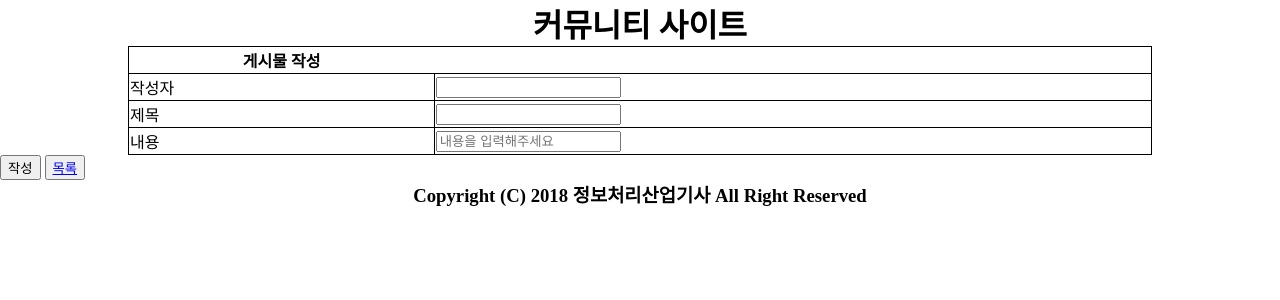
Repository: Tor1a/SpringSet
Page: http://localhost/practice01/WEB-INF/views/post/write.jsp
An editor plug-in stored every save of this project. The page is shown before and after the next save, followed by the edit.
The browser window is 1280 px wide. The pictures show the whole page.
The page is served by Tomcat 9. Nobody is signed in. The template is opened directly, without the code that normally fills it, so the values that code supplies are empty.

Above is the page before, as saved 2022-04-15 07:00:58.

After the next save:
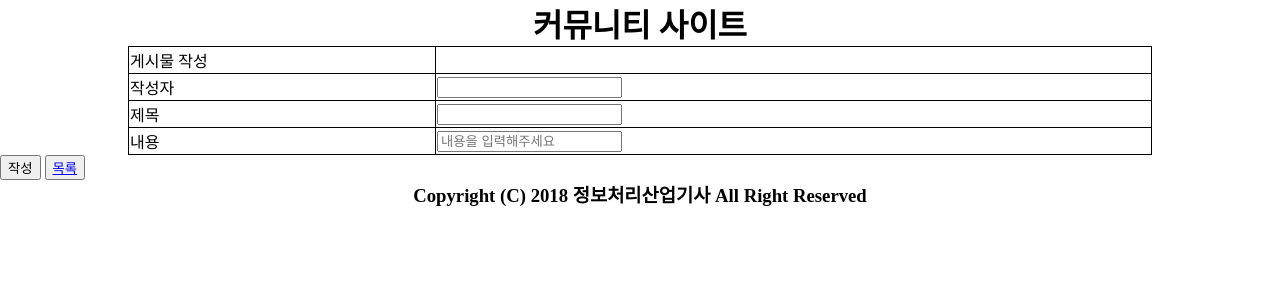
Saved 50 min 44 s later.
--- a/practice01/src/main/webapp/WEB-INF/views/post/write.jsp
+++ b/practice01/src/main/webapp/WEB-INF/views/post/write.jsp
@@ -7,7 +7,7 @@
 <form id="writeForm">
 <table class="wrTb">
   <thead>
-   <th>게시물 작성</th>
+   <tr><td>게시물 작성<td></tr>
   </thead>
  <tbody>
    <tr>
